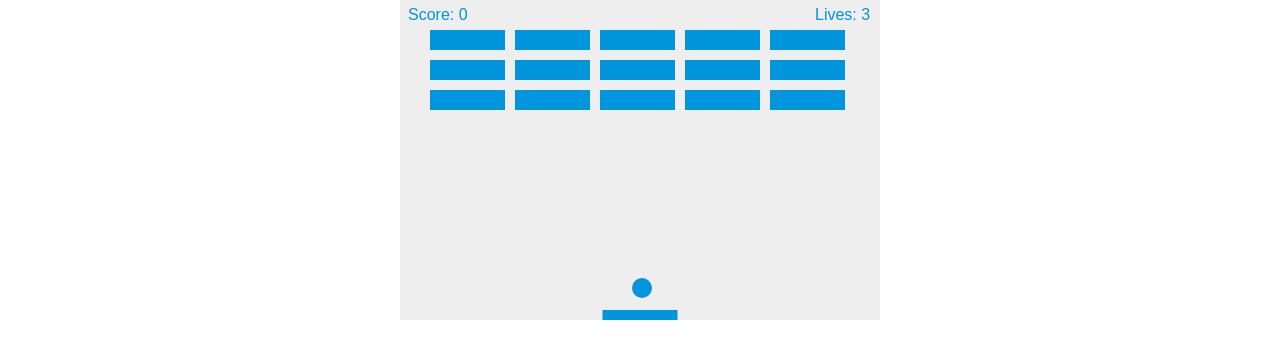
Repository: MartialBlot/CasseBrique-Full-JS
Page: index.html
An editor plug-in stored every save of this project. The page is shown before and after a run of saves, followed by the edit.
The browser window is 1280 px wide. The pictures show the whole page.

Above is the page before, as saved 2019-03-26 17:59:45.

After the next 4 saves:
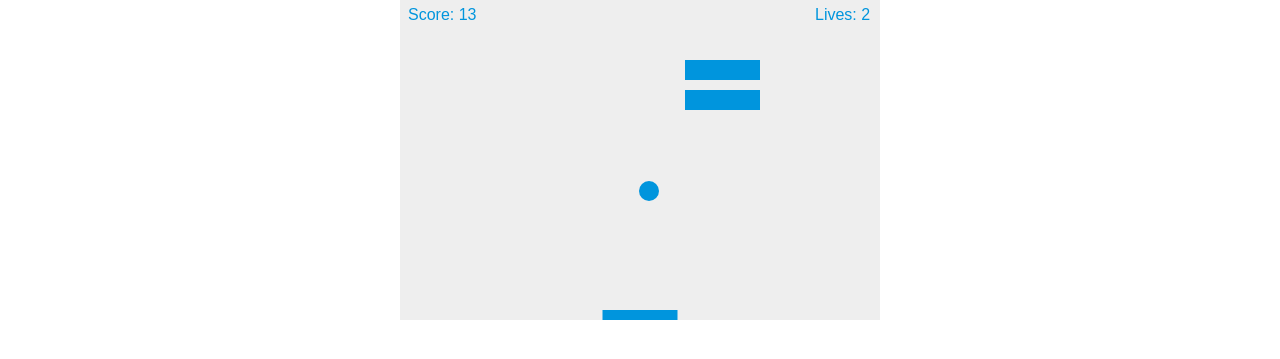
The 4 saves are shown as one change because they came seconds apart.
The last was saved 15 s later.
--- a/index.html
+++ b/index.html
@@ -178,8 +178,7 @@
                     y += dy;
                 }
 
-                draw();
-                requestAnimationFrame(draw);
+                let interval = setInterval(draw, 10);
 
                 //balle
                 // ctx.beginPath();
